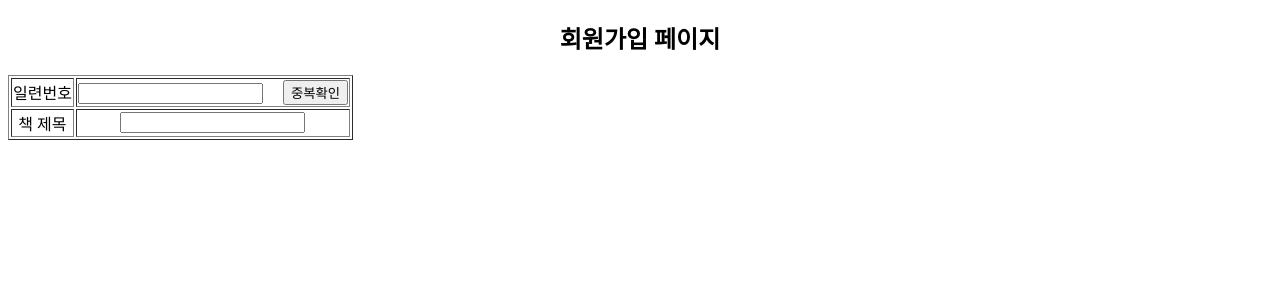
Repository: Served01/Project2_2209
Page: http://localhost/bookReviewProgram/bkInsertform.jsp
An editor plug-in stored every save of this project. The page is shown before and after the next save, followed by the edit.
The browser window is 1280 px wide. The pictures show the whole page.
The page is served by Tomcat 9. Other server files are loaded and not shown.

Above is the page before, as saved 2022-09-22 08:29:53.

### bookReviewProgram/src/main/webapp/bkInsertform.jsp
<%@ page language="java" contentType="text/html; charset=UTF-8"
    pageEncoding="UTF-8"%>
<!DOCTYPE html>
<html>
<head>
<meta charset="UTF-8">
<title>책 정보 입력 페이지</title>
</head>
<body>
<h2 align = "center">회원가입 페이지</h2>

<form action="bkInsertPro.jsp" method="post">
<table border="1">
	<tr align = "center">
		<td>일련번호</td>
		<td><input type="text" name="bk_number">
			&nbsp; &nbsp;
			<button type="button">중복확인</button></td>
	</tr>
	<tr align = "center">
		<td>책 제목</td>
		<td><input type="text" name="bk_title"></td>
	</tr>




</table>
</form>

</body>
</html>

After the next save:
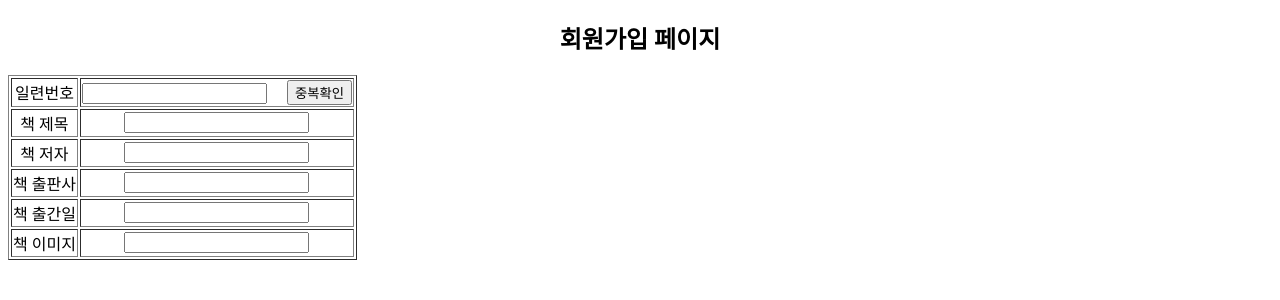
Saved 26 s later.
--- a/bookReviewProgram/src/main/webapp/bkInsertform.jsp
+++ b/bookReviewProgram/src/main/webapp/bkInsertform.jsp
@@ -21,7 +21,22 @@
 		<td>책 제목</td>
 		<td><input type="text" name="bk_title"></td>
 	</tr>
-
+	<tr align = "center">
+		<td>책 저자</td>
+		<td><input type="text" name="bk_writer"></td>
+	</tr>
+	<tr align = "center">
+		<td>책 출판사</td>
+		<td><input type="text" name="bk_publisher"></td>
+	</tr>
+	<tr align = "center">
+		<td>책 출간일</td>
+		<td><input type="text" name="bk_pubdate"></td>
+	</tr>
+	<tr align = "center">
+		<td>책 이미지</td>
+		<td><input type="text" name="bk_image"></td>
+	</tr>
 
 
 
